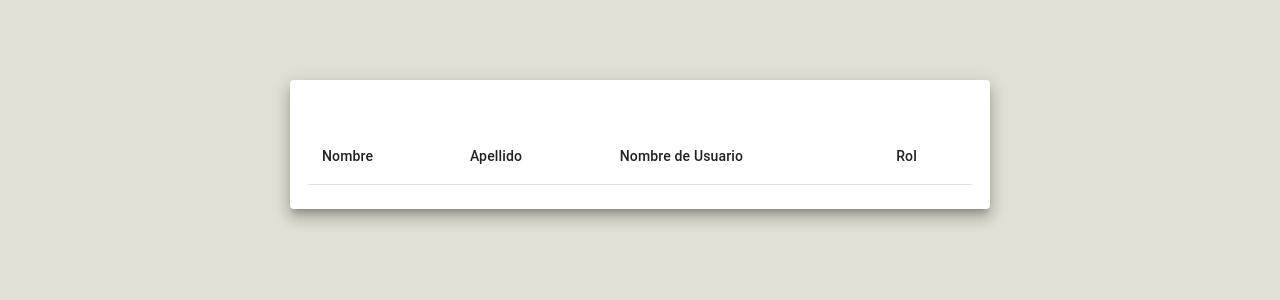
Repository: Mpablom/usuarioCaC-integrador-final-front
Page: /usuarios
The author's editor kept a copy of each file at every save. The page is drawn from the files as they stood at one save, then again after the next save.
The browser window is 1280 px wide. The pictures show the whole page.
The page's requests for data from a server got no answer. The project was rebuilt for these pictures with package versions that can differ from the ones it lists, and the page was loaded fresh each time. No one was signed in, and anything a server would have sent is missing. Also part of the build but not shown: vite.config.ts, src/components/Login.tsx.

Above is the page before, as saved 2024-07-10 23:46:12.

### src/App.tsx
// App.tsx (o donde configures tus rutas)
import React from 'react';
import {
  BrowserRouter as Router,
  Route,
  Routes,
  Navigate,
} from 'react-router-dom';
import Login from './components/Login'; // Componente de inicio de sesión
import UsuariosTable from './components/UsuariosTable'; // Componente de la tabla de usuarios

const App: React.FC = () => {
  return (
    <Router>
      <Routes>
        <Route path="/login" element={<Login />} />
        <Route path="/usuarios" element={<UsuariosTable />} />
        <Route path="/" element={<Navigate to="/login" />} />
      </Routes>
    </Router>
  );
};

export default App;

### src/index.css
 :root {
  font-family: Inter, system-ui, Avenir, Helvetica, Arial, sans-serif;
  line-height: 1.5;
  /* font-weight: 400; */

  color-scheme: light dark;
  color: rgba(255, 255, 255, 0.87);
  background-color: #E1E1D5;

  font-synthesis: none;
  text-rendering: optimizeLegibility;
  -webkit-font-smoothing: antialiased;
  -moz-osx-font-smoothing: grayscale;
}
/*
a {
  font-weight: 500;
  color: #646cff;
  text-decoration: inherit;
}
a:hover {
  color: #535bf2;
}

body {
  margin: 0;
  display: flex;
  place-items: center;
  min-width: 320px;
  min-height: 100vh;
}

h1 {
  font-size: 3.2em;
  line-height: 1.1;
  color: #1a1a1a;
}

button {
  border-radius: 8px;
  border: 1px solid transparent;
  padding: 0.6em 1.2em;
  font-size: 1em;
  font-weight: 500;
  font-family: inherit;
  background-color: #1a1a1a;
  cursor: pointer;
  transition: border-color 0.25s;
}
button:hover {
  border-color: #646cff;
}
button:focus,
button:focus-visible {
  outline: 4px auto -webkit-focus-ring-color;
}

@media (prefers-color-scheme: light) {
  :root {
    color: #213547;
    background-color: #ffffff;
  }
  a:hover {
    color: #747bff;
  }
  button {
    background-color: #f9f9f9;
  }
}
 */

### src/components/UsuariosTable.tsx
import React, { useEffect, useState } from "react";
import {
  TableContainer,
  Table,
  TableHead,
  TableBody,
  TableRow,
  TableCell,
  Paper,
  Card,
  CardHeader,
  CardContent,
  Typography,
} from "@mui/material";
import { Usuario } from "../models/UsuarioModel";
import { getUsuarios } from "../axios/UsuarioApi";

const UsuariosTable: React.FC = () => {
  const [usuarios, setUsuarios] = useState<Usuario[]>([]);

  useEffect(() => {
    const fetchUsuarios = async () => {
      try {
        const usuariosData = await getUsuarios();
        setUsuarios(usuariosData);
      } catch (error) {
        console.error("Error fetching usuarios:", error);
      }
    };

    fetchUsuarios();
  }, []);

  return (
    <Card sx={{ maxWidth: 700, margin: "auto", boxShadow:'10', mt: 10 }}>
      <CardHeader
       /*  title="Lista de usuarios"
        sx={{ textAlign: "center" }} */
      >
        <Typography variant="h4" component="h1" gutterBottom>
        Inicio de Sesión
      </Typography>
      </CardHeader>
      <CardContent>
        <TableContainer component={Paper} sx={{ boxShadow:'none' }}>
          <Table>
            <TableHead>
              <TableRow>
                <TableCell>Nombre</TableCell>
                <TableCell>Apellido</TableCell>
                <TableCell>Nombre de Usuario</TableCell>
                <TableCell>Rol</TableCell>
              </TableRow>
            </TableHead>
            <TableBody>
              {usuarios.map((usuario) => (
                <TableRow key={usuario.id}>
                  <TableCell>{usuario.nombre}</TableCell>
                  <TableCell>{usuario.apellido}</TableCell>
                  <TableCell>{usuario.username}</TableCell>
                  <TableCell>{usuario.rol}</TableCell>
                </TableRow>
              ))}
            </TableBody>
          </Table>
        </TableContainer>
      </CardContent>
    </Card>
  );
};

export default UsuariosTable;

### src/axios/UsuarioApi.ts
import api from './Api';
import { Usuario, UsuarioLogin } from '../models/UsuarioModel';

export const getUsuarios = async (): Promise<Usuario[]> => {
  const response = await api.get('/usuarios');
  return response.data;
};

export const getUsuarioById = async (id: number): Promise<Usuario> => {
  const response = await api.get(`/usuarios/${id}`);
  return response.data;
};

export const createUsuario = async (usuario: Usuario): Promise<void> => {
  const response = await api.post('/usuarios', usuario);
  return response.data;
};

export const updateUsuario = async (id: number, usuario: Usuario): Promise<void> => {
  const response = await api.put(`/usuarios/${id}`, usuario);
  return response.data;
};

export const deleteUsuario = async (id: number): Promise<void> => {
  const response = await api.delete(`/usuarios/${id}`);
  return response.data;
};

export const restoreUsuario = async (id: number): Promise<void> => {
  const response = await api.patch(`/usuarios/${id}`);
  return response.data;
};
export const login = async (usuarioLogin: UsuarioLogin): Promise<Usuario> => {
    try {
        const response = await api.post(`/usuarios/login`, usuarioLogin);
        return response.data as Usuario; // Asegúrate de que response.data sea del tipo Usuario
    } catch (error) {
        if (error instanceof Error) {
            throw new Error(`Error al iniciar sesión: ${error.message}`);
        } else {
            throw new Error(`Error al iniciar sesión: Error desconocido`);
        }
    }
  }

### src/axios/api.ts
import axios from 'axios';

const api = axios.create({
  baseURL: 'http://localhost:8080',
  headers: {
    'Content-Type': 'application/json',
  },
});

export default api;

Loaded but not shown: index.html (common file); src/main.tsx (common file)

After the next save:
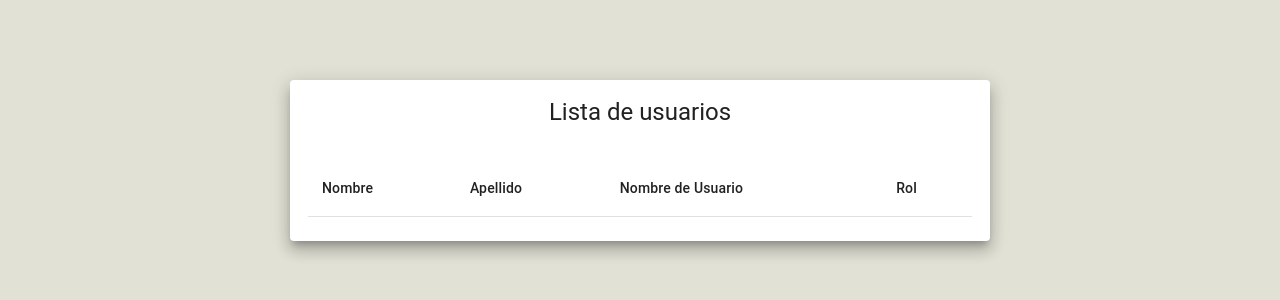
Saved 32 s later.
--- a/src/components/UsuariosTable.tsx
+++ b/src/components/UsuariosTable.tsx
@@ -10,7 +10,6 @@ import {
   Card,
   CardHeader,
   CardContent,
-  Typography,
 } from "@mui/material";
 import { Usuario } from "../models/UsuarioModel";
 import { getUsuarios } from "../axios/UsuarioApi";
@@ -34,13 +33,9 @@ const UsuariosTable: React.FC = () => {
   return (
     <Card sx={{ maxWidth: 700, margin: "auto", boxShadow:'10', mt: 10 }}>
       <CardHeader
-       /*  title="Lista de usuarios"
-        sx={{ textAlign: "center" }} */
-      >
-        <Typography variant="h4" component="h1" gutterBottom>
-        Inicio de Sesión
-      </Typography>
-      </CardHeader>
+        title="Lista de usuarios"
+        sx={{ textAlign: "center" }}
+      ></CardHeader>
       <CardContent>
         <TableContainer component={Paper} sx={{ boxShadow:'none' }}>
           <Table>
